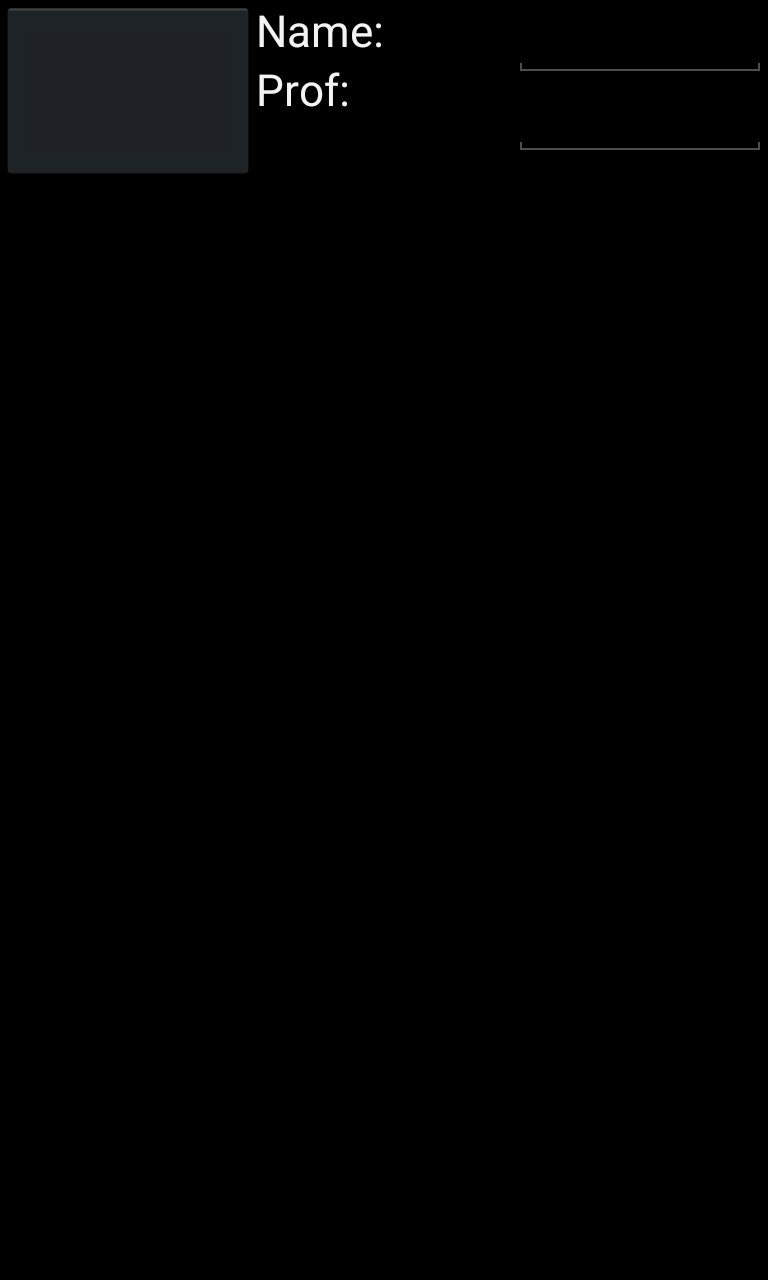
Repository: prayasjain/BunkMonitorApp
Layout: BunkMonitor/res/layout/subject_input.xml
The author's editor kept a copy of each file at every save. The layout is drawn from the files as they stood at one save, then again after the next save.
It is drawn on a 768 x 1280 px phone screen (xhdpi) without system bars, with theme android:Theme.Holo; the app's code is not run.

Above is the layout before, as saved 2015-08-05 10:55:10.

After the next save:
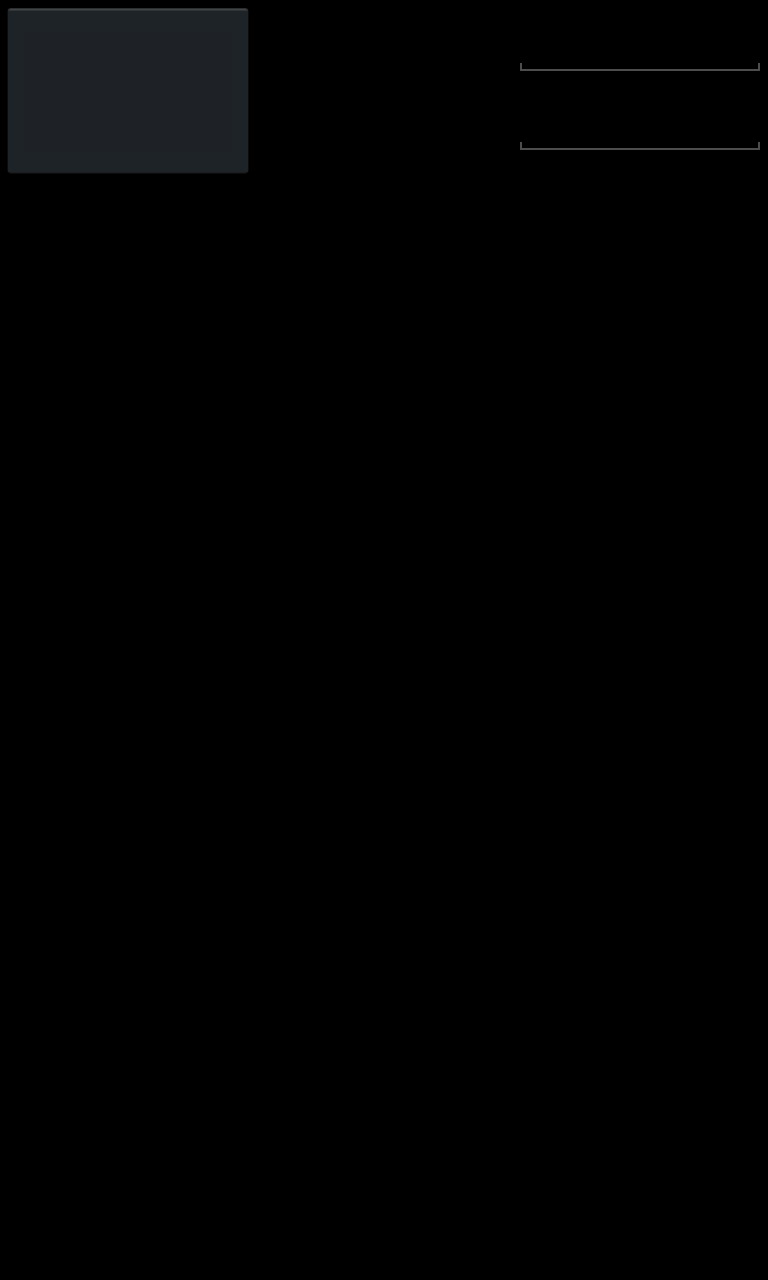
Saved 95 s later.
--- a/BunkMonitor/res/layout/subject_input.xml
+++ b/BunkMonitor/res/layout/subject_input.xml
@@ -2,15 +2,13 @@
 <LinearLayout xmlns:android="http://schemas.android.com/apk/res/android"
     android:layout_width="match_parent"
     android:layout_height="match_parent"
-    android:orientation="vertical"
-    >
+    android:orientation="vertical" >
 
     <LinearLayout
         android:layout_width="match_parent"
         android:layout_height="wrap_content"
         android:orientation="horizontal"
-         android:weightSum="3"
-         >
+        android:weightSum="3" >
 
         <Button
             android:id="@+id/bImage"
@@ -21,9 +19,14 @@
         <LinearLayout
             android:layout_width="match_parent"
             android:layout_height="match_parent"
-            android:orientation="vertical"
             android:layout_weight="1"
-             >
+            android:orientation="vertical" >
+
+            <LinearLayout
+                android:layout_width="match_parent"
+                android:layout_height="match_parent"
+                android:orientation="horizontal" >
+            </LinearLayout>
 
             <TextView
                 android:id="@+id/tvName"
@@ -43,8 +46,8 @@
         <LinearLayout
             android:layout_width="match_parent"
             android:layout_height="match_parent"
-            android:orientation="vertical"
-            android:layout_weight="1" >
+            android:layout_weight="1"
+            android:orientation="vertical" >
 
             <EditText
                 android:id="@+id/etName"
